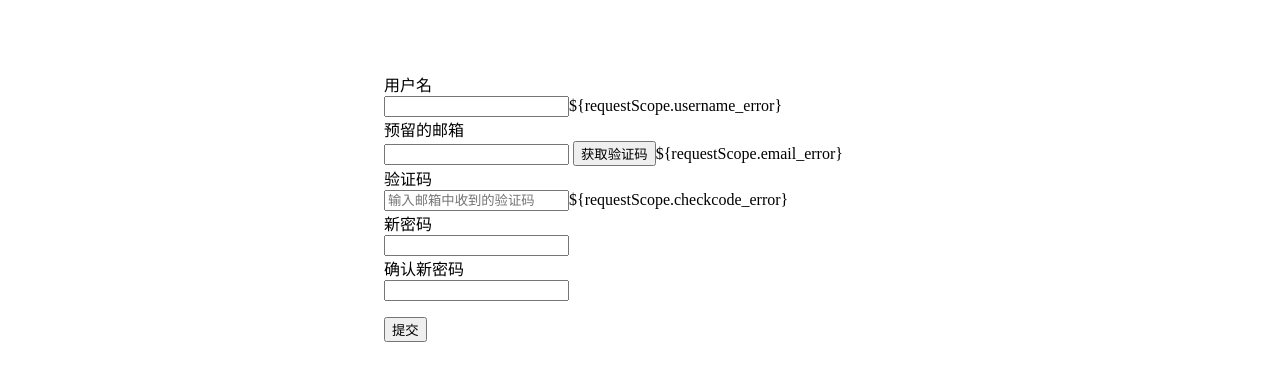
Repository: IAmJiangWenHao/ReportServer
Page: demo.html
The author's editor kept a copy of each file at every save. The page is drawn from the files as they stood at one save, then again after the next save.
The browser window is 1280 px wide. The pictures show the whole page.

Above is the page before, as saved 2023-05-16 12:28:02.

### demo.html

<!DOCTYPE html>
<html>
  <head>
    <meta http-equiv="Content-Type" content="text/html; charset=UTF-8">
    <title>忘记密码</title>
  </head>
  <body>
    <style>
          dfv {
      height: 100%;
      width: 100%;
      position: absolute;
      background-image: url('./web/img/gzdx-bg.jpg');
      background-size: cover;
      background-position: center;

    }

    form {
      height: 100%;
    }

    table {
      height: 100%;
      display: flex;
      justify-content: center;
      align-items: center;
    }

    table tbody tr {
      border: 1px solid black;
      margin-bottom: 2px;
      display: flex;
      border-radius: 20px;
      width: auto;
      height: auto;
      padding: 10px;
      font-size: 26px;
      background-color: #fff;
      position: relative;
      justify-content: space-between
    }
    table tbody tr td a{
      color: #000;
      text-decoration:none;
    }
    table tbody tr td input{
      border: 0;
      background-color: #fff;
    }
    </style>

    <div style="width: 500px;height:300px;position:absolute;top:10%;left:30%;">
      <form action="forgetPass.do" method="post" name="form1" onSubmit="return Check()">
        用户名 <div id="old"><input type="text" name="username" >${requestScope.username_error}</div>
        预留的邮箱 <div id="email"><input type="text" name="email" onblur=isEmail(this.value)> <input type="button" id="button" value="获取验证码">${requestScope.email_error}</div>
        验证码<div id="emailcode"><input type="text" name="emailCheckcode"  placeholder="输入邮箱中收到的验证码"/>${requestScope.checkcode_error}</div>
        新密码 <div id="new"><input type="password" id="idnewpass" name="newpass" ><div id="info_newpass" style="color: #ff0000;display:inline;"></div></div>
        确认新密码 <div id="comfirm"><input type="password" id="idconfirmpass" name="confirmpass"></div>
        <input type="hidden" name="index" value="${index}"/>
        <p>
          <input type="submit" id="submit" value="提交">
      </form>
    </div>
    <script>
      //const newpass = document.getElementsByTagName("input")[1];
      const email = document.getElementsByTagName("input")[1];
      function isEmail(strEmail) {
        if (strEmail.search(/^\w+((-\w+)|(\.\w+))*\@[A-Za-z0-9]+((\.|-)[A-Za-z0-9]+)*\.[A-Za-z0-9]+$/) != -1)
          return true;
        else
          alert(email.value + "邮箱格式错误");
      }
      function getAppPath() {
        //获取当前URL
        var curURL = window.document.location.href;
        //获取主机地址之后的路径部分（就是文件地址）
        var pathName = window.document.location.pathname;
        var pos = curURL.indexOf(pathName);
        //获取应用地址
        var host = curURL.substring(0, pos);
        //获取带"/"的应用名，如：/***
        var webAppName = pathName.substring(0, pathName.substr(1).indexOf('/') + 1);
        return host + webAppName;
      }
      //获取button
      const btn = document.getElementById("button");
      //const result=document.getElementById("result");
      //绑定按钮的 click 事件
      btn.onclick = function () {
        if (!isEmail(email.value))
          return false;
        btn.disabled = true;//禁用按钮
        setBTN();
        //1.创建请求对象
        const xhr = new XMLHttpRequest();
        //2.设置请求方法和URL
        xhr.open("post", getAppPath() + "/EmailCheckcodeServlet?email=" + email.value, true);
        //3.发送
        xhr.send();
        //4. 绑定事件 处理服务端返回的结果
        //readystate 是xhr的一个属性，状态 0 1 2 3 4
        xhr.onreadystatechange = function () {
          // 如果服务器端返回了所有的结果
          if (xhr.readyState === 4) {
            //判断响应码 2XX 表示成功
            if (xhr.status >= 200 && xhr.status <= 300) {
              //处理结果
              console.log(xhr.status);//状态码
              console.log(xhr.statusText);//状态字符串
              console.log(xhr.getAllResponseHeaders());//响应头
              console.log(xhr.response);//响应体
              //设置 result 显示的文本内容
              //result.innerHTML=xhr.response;
            } else {
            }
          }
        };
      };
      //修改按钮，控制验证码重新获取
      var time0 = 20;
      var time = time0;
      var t;  // 验证按钮的20s计时
      //修改按钮，控制验证码重新获取
      function changeBTN() {
        if (time > 0) {
          btn.value = "(" + time + "s)" + "重新获取";
          time = time - 1;
        } else {
          btn.disabled = false;
          btn.value = "获取验证码";
          clearInterval(t);
          time = time0;
        }
      }
      function setBTN() {
        btn.value = "(" + time + "s)" + "重新获取";
        time = time - 1;
        t = setInterval("changeBTN()", 1000);  // 1s调用一次
      }

    </script>

    <script>
      const info_newpass = document.getElementById("info_newpass");
      const info_confirm = document.getElementById("info_confirm");
      const newpass = document.getElementById("idnewpass");
      const confirmpass = document.getElementById("idconfirmpass");
      newpass.onfocus = function () {
        info_newpass.innerHTML = "长度6-8位";
      }
      confirmpass.onchange = function () {
        if (confirmpass.value == newpass.value && newpass.value.length >= 4)
          info_confirm.innerHTML = "ok";
        else
        {
          info_confirm.innerHTML = "输入不匹配";
          confirmpass.focus();
        }
      }
      function Check()
      {
        for (var i = 0; i < document.form1.elements.length - 1; i++)
        {
          if (document.form1.elements[i].value == "")
          {
            alert("不允许空！");
            document.form1.elements[i].focus();
            return false;
          }
        }
        if (newpass.value.length < 6)
        {
          alert("密码长度不足！");
          document.getElementsByTagName("input")[1].focus();
          return false;
        }
       // alert(confirmpass.value)
        if (confirmpass.value != newpass.value)
        {
          alert("两次输入不匹配！");
          document.getElementsByTagName("input")[2].focus();
          return false;
        }
        return true;
      }
    </script>
  </body>
</html>

After the next save:
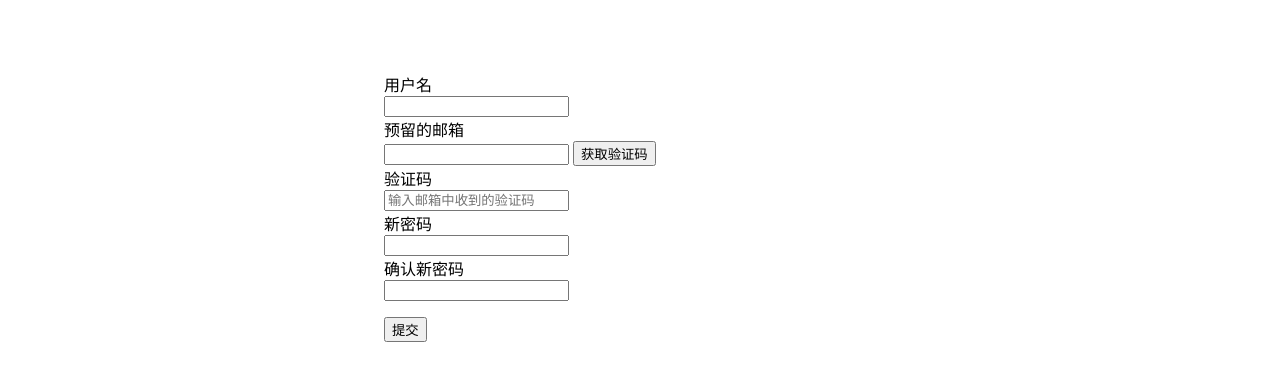
Saved 28 s later.
--- a/demo.html
+++ b/demo.html
@@ -53,9 +53,9 @@
 
     <div style="width: 500px;height:300px;position:absolute;top:10%;left:30%;">
       <form action="forgetPass.do" method="post" name="form1" onSubmit="return Check()">
-        用户名 <div id="old"><input type="text" name="username" >${requestScope.username_error}</div>
-        预留的邮箱 <div id="email"><input type="text" name="email" onblur=isEmail(this.value)> <input type="button" id="button" value="获取验证码">${requestScope.email_error}</div>
-        验证码<div id="emailcode"><input type="text" name="emailCheckcode"  placeholder="输入邮箱中收到的验证码"/>${requestScope.checkcode_error}</div>
+        用户名 <div id="old"><input type="text" name="username" ></div>
+        预留的邮箱 <div id="email"><input type="text" name="email" onblur=isEmail(this.value)> <input type="button" id="button" value="获取验证码"></div>
+        验证码<div id="emailcode"><input type="text" name="emailCheckcode"  placeholder="输入邮箱中收到的验证码"/></div>
         新密码 <div id="new"><input type="password" id="idnewpass" name="newpass" ><div id="info_newpass" style="color: #ff0000;display:inline;"></div></div>
         确认新密码 <div id="comfirm"><input type="password" id="idconfirmpass" name="confirmpass"></div>
         <input type="hidden" name="index" value="${index}"/>
